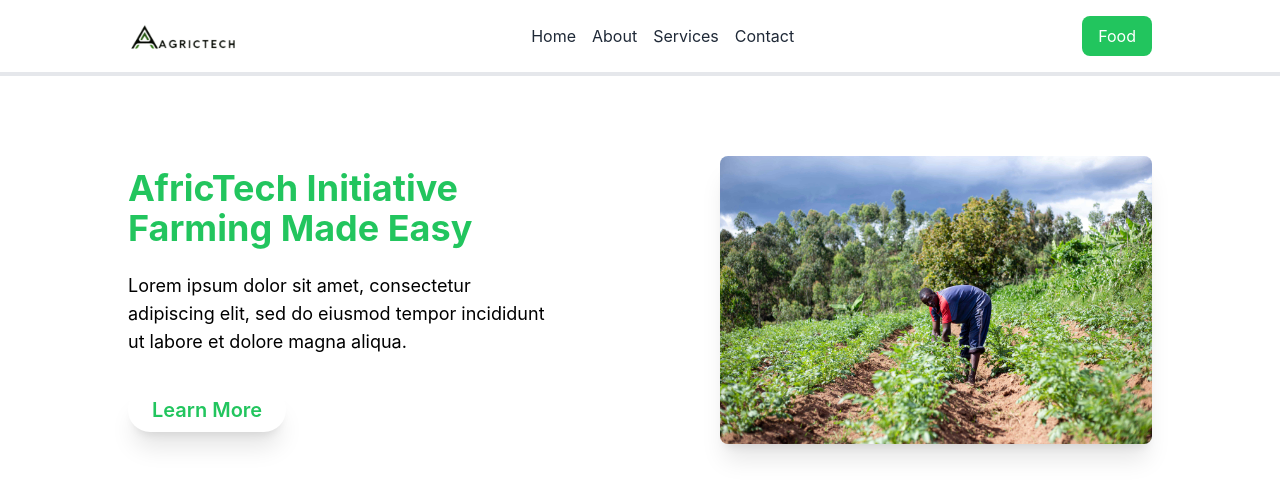
Repository: akinolapo/agric-tech
Page: /
These files come from the project's save history. The page is drawn as it stood at one moment and after the next save; the edit follows.
The browser window is 1280 px wide. The pictures show the whole page.
The project was rebuilt for these pictures with package versions that can differ from the ones it lists, and the page was loaded fresh each time.

Above is the page before, as saved 2023-05-27 00:22:29.

### src/App.js
import React from 'react'
import Header from './components/Header'
import Hero from './components/Hero'

const App = () => {
  return (
    <div>
      <Header/>
      <Hero/>
    </div>
  )
}

export default App

### src/components/Header.jsx
import React, { useState } from 'react';

const Header = () => {
  const [isMenuOpen, setIsMenuOpen] = useState(false);

  const toggleMenu = () => {
    setIsMenuOpen(!isMenuOpen);
  };

  const closeMenu = () => {
    setIsMenuOpen(false);
  };

  return (
    <header className="bg-white border-b-4">
      <div className="container mx-auto flex justify-between items-center py-4 px-5 sm:px-32">
        <div className="flex items-center">
          <img
            src={process.env.PUBLIC_URL+`media/logo.png`}
            alt="Logo"
            className="h-8 w-auto"
          />
        </div>
        <div className="hidden md:flex space-x-4">
          <a href="#" className="text-gray-800 hover:text-gray-600">Home</a>
          <a href="#" className="text-gray-800 hover:text-gray-600">About</a>
          <a href="#" className="text-gray-800 hover:text-gray-600">Services</a>
          <a href="#" className="text-gray-800 hover:text-gray-600">Contact</a>
        </div>
        <div className="md:hidden">
          <button
            type="button"
            className="flex items-center p-2 rounded-md text-gray-800 hover:text-gray-600 focus:outline-none"
            onClick={toggleMenu}
          >
            <svg
              xmlns="http://www.w3.org/2000/svg"
              className="h-6 w-6"
              fill="none"
              viewBox="0 0 24 24"
              stroke="currentColor"
            >
              <path
                strokeLinecap="round"
                strokeLinejoin="round"
                strokeWidth="2"
                d="M4 6h16M4 12h16M4 18h16"
              />
            </svg>
          </button>

        </div>
        <div className="hidden md:block">
          <button
            type="button"
            className="bg-green-500 text-white rounded-lg py-2 px-4"
          >
            Food
          </button>
        </div>
      </div>
      <div>
          {isMenuOpen && (
            <div className="mt-2 w-full">
              <ul className="bg-white border rounded-md divide-y divide-gray-200 shadow-md">
                <li className="py-2 px-4">
                  <a href="#" className="text-gray-800 hover:text-gray-600">Home</a>
                </li>
                <li className="py-2 px-4">
                  <a href="#" className="text-gray-800 hover:text-gray-600">About</a>
                </li>
                <li className="py-2 px-4">
                  <a href="#" className="text-gray-800 hover:text-gray-600">Services</a>
                </li>
                <li className="py-2 px-4">
                  <a href="#" className="text-gray-800 hover:text-gray-600">Contact</a>
                </li>
                <li className="py-2 px-4">
                  <button
                    type="button"
                    className="bg-green-500 text-white rounded-lg py-2 px-4 w-full"
                  >
                    Food
                  </button>
                </li>
              </ul>
              <div className="absolute top-0 right-0 p-2">
              </div>
            </div>
          )}
          </div>
    </header>
  );
};

export default Header;

### src/components/Hero.jsx
import React from 'react';

const Hero = () => {
  return (
    <section className="bg-white text-black py-20 px-5 sm:px-32">
      <div className="container mx-auto flex flex-col lg:flex-row items-center gap-40">
        <div className="lg:w-1/2">
          <h1 className="text-4xl font-bold mb-6 text-green-500">AfricTech Initiative <br></br> Farming Made Easy</h1>
          <p className="text-lg mb-8">Lorem ipsum dolor sit amet, consectetur adipiscing elit, sed do eiusmod tempor incididunt ut labore et dolore magna aliqua.</p>
          <button className="bg-white text-xl text-green-500 py-2 px-6 rounded-full font-semibold shadow-xl hover:shadow-2xl transition duration-300">Learn More</button>
        </div>
        <div className="lg:w-1/2">
          <img src={process.env.PUBLIC_URL+`media/hero.jpg`}alt="Agriculture" className="rounded-lg shadow-xl" />
        </div>
      </div>
    </section>
  );
};

export default Hero;

Loaded but not shown: public/index.html (common file); src/index.js (common file); src/index.css (common file); tailwind.config.js (common file)

After the next save:
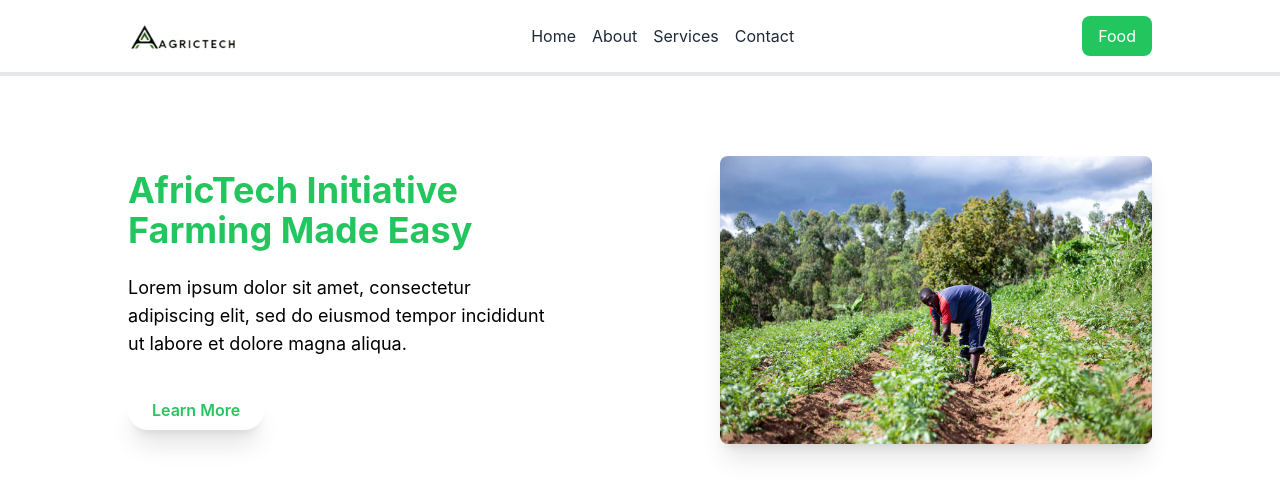
Saved 10 s later.
--- a/src/components/Hero.jsx
+++ b/src/components/Hero.jsx
@@ -7,7 +7,7 @@ const Hero = () => {
         <div className="lg:w-1/2">
           <h1 className="text-4xl font-bold mb-6 text-green-500">AfricTech Initiative <br></br> Farming Made Easy</h1>
           <p className="text-lg mb-8">Lorem ipsum dolor sit amet, consectetur adipiscing elit, sed do eiusmod tempor incididunt ut labore et dolore magna aliqua.</p>
-          <button className="bg-white text-xl text-green-500 py-2 px-6 rounded-full font-semibold shadow-xl hover:shadow-2xl transition duration-300">Learn More</button>
+          <button className="bg-white text text-green-500 py-2 px-6 rounded-full font-semibold shadow-xl hover:shadow-2xl transition duration-300">Learn More</button>
         </div>
         <div className="lg:w-1/2">
           <img src={process.env.PUBLIC_URL+`media/hero.jpg`}alt="Agriculture" className="rounded-lg shadow-xl" />
